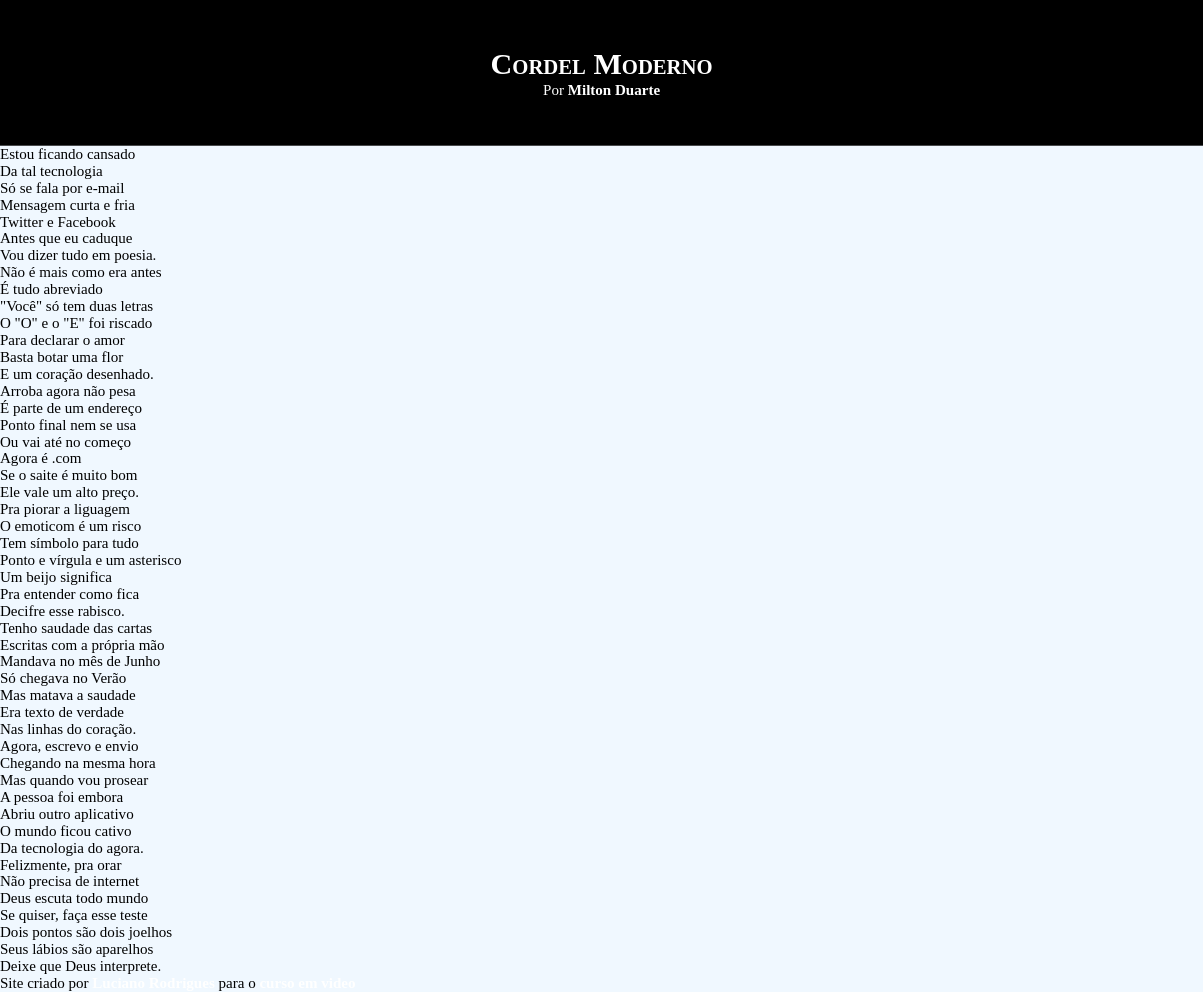
Repository: Lucianorodriguesdev/cursoHTML-CSS
Page: dasafios/index.html
The author's editor kept a copy of each file at every save. The page is drawn from the files as they stood at one save, then again after the next save.
The browser window is 1280 px wide. The pictures show the whole page, at 94% of full size.

Above is the page before, as saved 2026-06-17 09:25:18.

### dasafios/index.html
<!DOCTYPE html>
<html lang="pt-br">
<head>
    <meta charset="UTF-8">
    <meta name="viewport" content="width=device-width, initial-scale=1.0">
    <title>Cordel Moderno</title>
    <link rel="stylesheet" href="estilo/style.css">
</head>
<body>
    <header>
        <h1>Cordel Moderno</h1>
        <p>Por <a href="https://www.recantodasletras.com.br/poesias/3186743" target="_blank">Milton Duarte</a></p>

    </header>
    <section class="normal">
        <p>
            Estou ficando cansado<br>
            Da tal tecnologia<br>
            Só se fala por e-mail<br>
            Mensagem curta e fria<br>
            Twitter e Facebook<br>
            Antes que eu caduque<br>
            Vou dizer tudo em poesia.
        </p>
    </section>



    <section class="imagem">
        <p>
            Não é mais como era antes<br>
            É tudo abreviado<br>
            "Você" só tem duas letras<br>
            O "O" e o "E" foi riscado<br>
            Para declarar o amor<br>
            Basta botar uma flor<br>
            E um coração desenhado.
        </p>
    </section>



    <section class="normal">
        <p>
            Arroba agora não pesa<br>
            É parte de um endereço<br>
            Ponto final nem se usa<br>
            Ou vai até no começo<br>
            Agora é .com<br>
            Se o saite é muito bom<br>
            Ele vale um alto preço.
        </p>

        <p>
            Pra piorar a liguagem<br>
            O emoticom é um risco<br>
            Tem símbolo para tudo<br>
            Ponto e vírgula e um asterisco<br>
            Um beijo significa<br>
            Pra entender como fica<br>
            Decifre esse rabisco.
        </p>
    </section>



    <section class="imagem">
        <p>
            Tenho saudade das cartas<br>
            Escritas com a própria mão<br>
            Mandava no mês de Junho<br>
            Só chegava no Verão<br>
            Mas matava a saudade<br>
            Era texto de verdade<br>
            Nas linhas do coração.
        </p>
    </section>



    <section class="normal">
        <p>
            Agora, escrevo e envio<br>
            Chegando na mesma hora<br>
            Mas quando vou prosear<br>
            A pessoa foi embora<br>
            Abriu outro aplicativo<br>
            O mundo ficou cativo<br>
            Da tecnologia do agora.
        </p>

        <p>
            Felizmente, pra orar<br>
            Não precisa de internet<br>
            Deus escuta todo mundo<br>
            Se quiser, faça esse teste<br>
            Dois pontos são dois joelhos<br>
            Seus lábios são aparelhos<br>
            Deixe que Deus interprete.
        </p>
    </section>
    <footer>
        <p>Site criado por <a href="https://github.com/Lucianorodriguesdev" target="_blank">Luciano Rodrigues</a> para o <a href="www.cursoemvideo.com" target="_blank">curso em video</a></p>
    </footer>

</body>
</html>

### dasafios/estilo/style.css
@charset_"UTF-8";

*{
    margin: 0px;
    padding: 0px;
}
body{
    min-height: 100vh;
    background-color: aliceblue;
}
header{
    background-color: black;

    text-align: center;
}
header> h1{
    color: white;
    padding-top: 50px;
    font-variant: small-caps;

}
header>p{
    padding-bottom: 50px;
    color: white;
}
a{
    color:white;
    text-decoration: none;
    font-weight: bolder;
}
a:hover{
    text-decoration: underline;
}

After the next save:
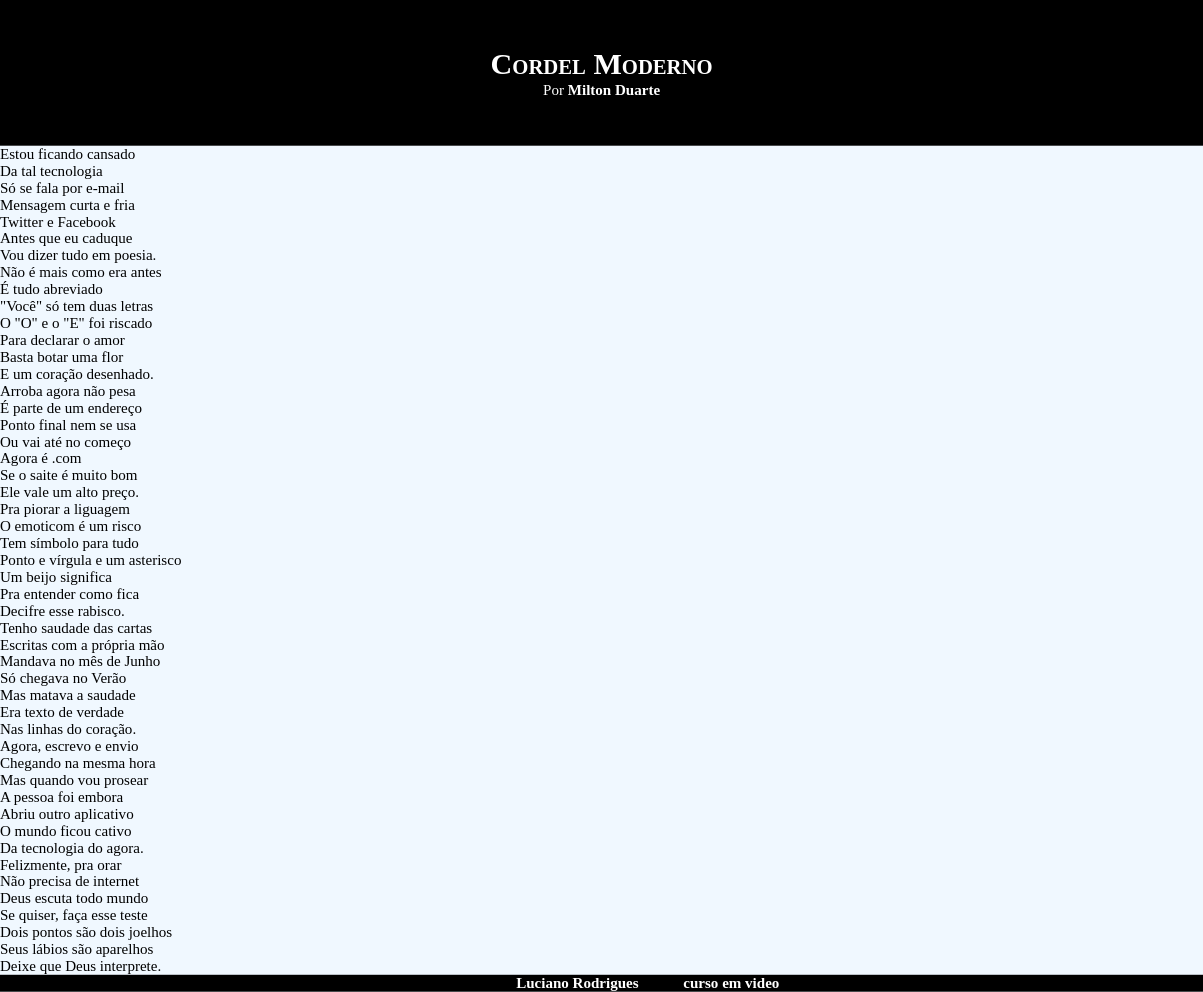
Saved 2 min 11 s later.
--- a/dasafios/estilo/style.css
+++ b/dasafios/estilo/style.css
@@ -23,7 +23,7 @@ header>p{
     padding-bottom: 50px;
     color: white;
 }
-a{
+header a, footer a{
     color:white;
     text-decoration: none;
     font-weight: bolder;
@@ -31,3 +31,7 @@ a{
 a:hover{
     text-decoration: underline;
 }
+footer{
+    background-color: black;
+    text-align: center;
+}
